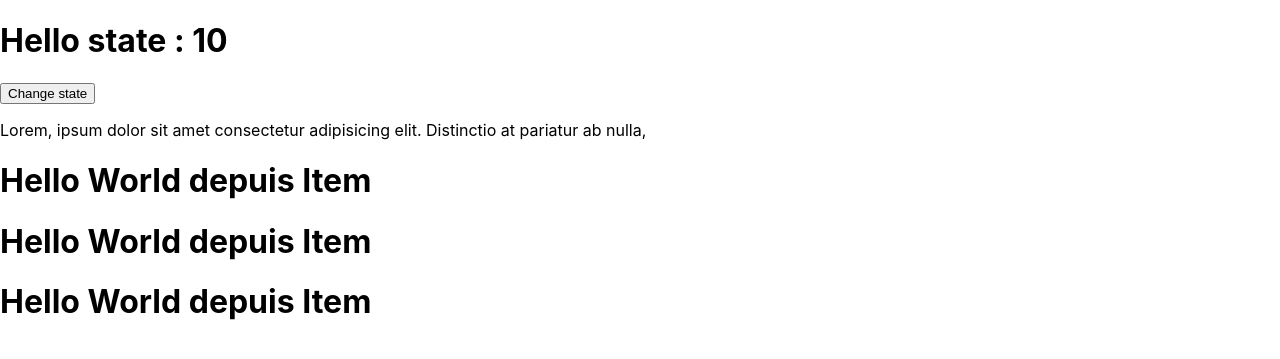
Repository: Michelhof1978/react
Page: / (app in application-react/)
The author's editor kept a copy of each file at every save. The page is drawn from the files as they stood at one save, then again after the next save.
The browser window is 1280 px wide. The pictures show the whole page.
The project was rebuilt for these pictures with package versions that can differ from the ones it lists, and the page was loaded fresh each time.

Above is the page before, as saved 2023-05-14 09:16:29.

### application-react/src/index.js
//Ce fichier sert à retourner notre application dans la div root de index.html

import React from 'react';
import ReactDOM from 'react-dom/client';
import './index.css';
import App from './App';
import reportWebVitals from './reportWebVitals';

const root = ReactDOM.createRoot(document.getElementById('root'));
root.render(
  <React.StrictMode>
    <App />
  </React.StrictMode>
);


reportWebVitals();

### application-react/src/App.js
//COMPOSANT
//Le state sont les données des composants
//Pas besoins d importer React seul, on import uniquement les méthode utilisés comme useSatte par exemple
import Item from './Item'
import {useState} from 'react'//On importe useState de la librairie react pour pourvoir stocker et utiliser  des données

function App() {//Cette fonction est un composant

  // console.log(useState());
// --------------------
  const [monState, setMonState] = useState(10);//setMonState , c'est ce qui est retourné de useState dont la valeur de 10/ On appelle cela du destructuring, ici on crée une constante entre crochets à partir de ce que retourne useState en tableau monState à l index 0 et setMonState à l'index 1, à noter que les 2 index du tableau, on peut les nommer comme on veut, juste mettre set pour indiquer un changement ou une mise en place
    // console.log(monState);
    //Si on mets entre la parenthèses monState, il retournera 10 mais si on mets setMonState, il retournera une fonction
    // Ce code utilise React pour créer une variable d'état (state) appelée "monState" avec une valeur initiale de 10.
    //  La fonction `useState` est une fonction de crochet (hook) fournie par React qui permet de gérer l'état dans
    //  les composants fonctionnels. Lorsque vous appelez `useState(10)`, la fonction `useState` retourne un tableau
    //  avec deux éléments. Le premier élément, "monState", est la variable qui représente l'état et qui contient la
    //   valeur actuelle. Le deuxième élément, "setMonState", est une fonction qui permet de mettre à jour la valeur
    //   de l'état.En utilisant la syntaxe de décomposition (destructuring) de JavaScript, la première ligne extrait
    //    les deux éléments du tableau retourné par `useState` et les assigne aux variables correspondantes.
    // Ensuite, la ligne suivante affiche la fonction `setMonState` dans la console. Cette fonction est utilisée pour
    // modifier la valeur de "monState" ultérieurement.En résumé, ce code initialise une variable d'état "monState"
    //  avec une valeur de départ de 10 et extrait la fonction "setMonState" qui permet de mettre à jour cette valeur.
    //   La ligne suivante affiche cette fonction dans la console.
// ----------------------
    const modifyState = () => {  //On crée la fonction pour l'événement oneClick du bouton ci dessous
      setMonState(20);//Permet de modifier le contenu, en modifiant la valeur à 20 au lieu de 10
    }//Le composant va se mettre à jour lors du clic et passera de 10 à 20

    return (
     <div className="App">  {/* Ce n est pas du html mais du jsx, ici on ne mets pas class mais className pour du jsx*/}
      <h1>Hello state : {monState} </h1> {/*on affiche les données du state ds le conposant App*/}
      <button onClick={modifyState}>Change state</button> {/*On ajoute un événement au bouton, par contre en jsx, on rajoute on suivi de la majuscule, entre les accolades, on attents une fonction ici modifyState */}

     <p>Lorem, ipsum dolor sit amet consectetur adipisicing elit. Distinctio at pariatur ab nulla, </p>

      <Item txt={"Hello word depuis Item"} />  {/*On récupére le composant Item de Item.js */}
      <Item number={monState} />{/*On peut nommer les Items comme on veut*/}
      <Item txt={"Hello word Italie"} />{/*On peut afficher plusieurs messages avec le même composant*/}

    </div>
  );

  //AUTRE FACON DE FAIRE LE CODE CI DESSUS MAIS BEAUCOUP MOINS COMPREHENSIBLE CE N EST PAS DU JSX MAIS DU JS
  // return React.createElement(
  //   'div',
  //   {className: 'App'},
  //   React.createElement('h1', null,
  //   'Hello')
  // )
}

export default App;

### application-react/src/Item.js
//Creation d un composant, lors de la création du fichier, on mets une majuscule au debut du nom de fichier par convention
function Item(){
    return <h1>Hello World depuis Item</h1>//Pas besoins de mettre des paranthèses pour return quand il y a qu'un seul élément

}

export default Item; //Toujours exporter le composant et on va par la suite l importer ds App.js

Loaded but not shown: application-react/public/index.html (common file); application-react/src/index.css (common file); application-react/src/reportWebVitals.js (common file)

After the next save:
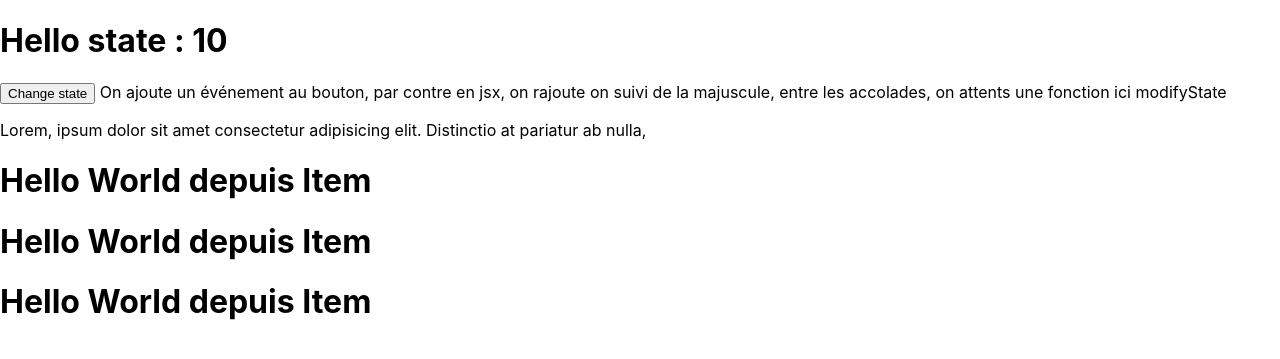
Saved 100 s later.
--- a/application-react/src/App.js
+++ b/application-react/src/App.js
@@ -30,7 +30,7 @@ function App() {//Cette fonction est un composant
     return (
      <div className="App">  {/* Ce n est pas du html mais du jsx, ici on ne mets pas class mais className pour du jsx*/}
       <h1>Hello state : {monState} </h1> {/*on affiche les données du state ds le conposant App*/}
-      <button onClick={modifyState}>Change state</button> {/*On ajoute un événement au bouton, par contre en jsx, on rajoute on suivi de la majuscule, entre les accolades, on attents une fonction ici modifyState */}
+      <button onClick={modifyState}>Change state</button> On ajoute un événement au bouton, par contre en jsx, on rajoute on suivi de la majuscule, entre les accolades, on attents une fonction ici modifyState
 
      <p>Lorem, ipsum dolor sit amet consectetur adipisicing elit. Distinctio at pariatur ab nulla, </p>
 
